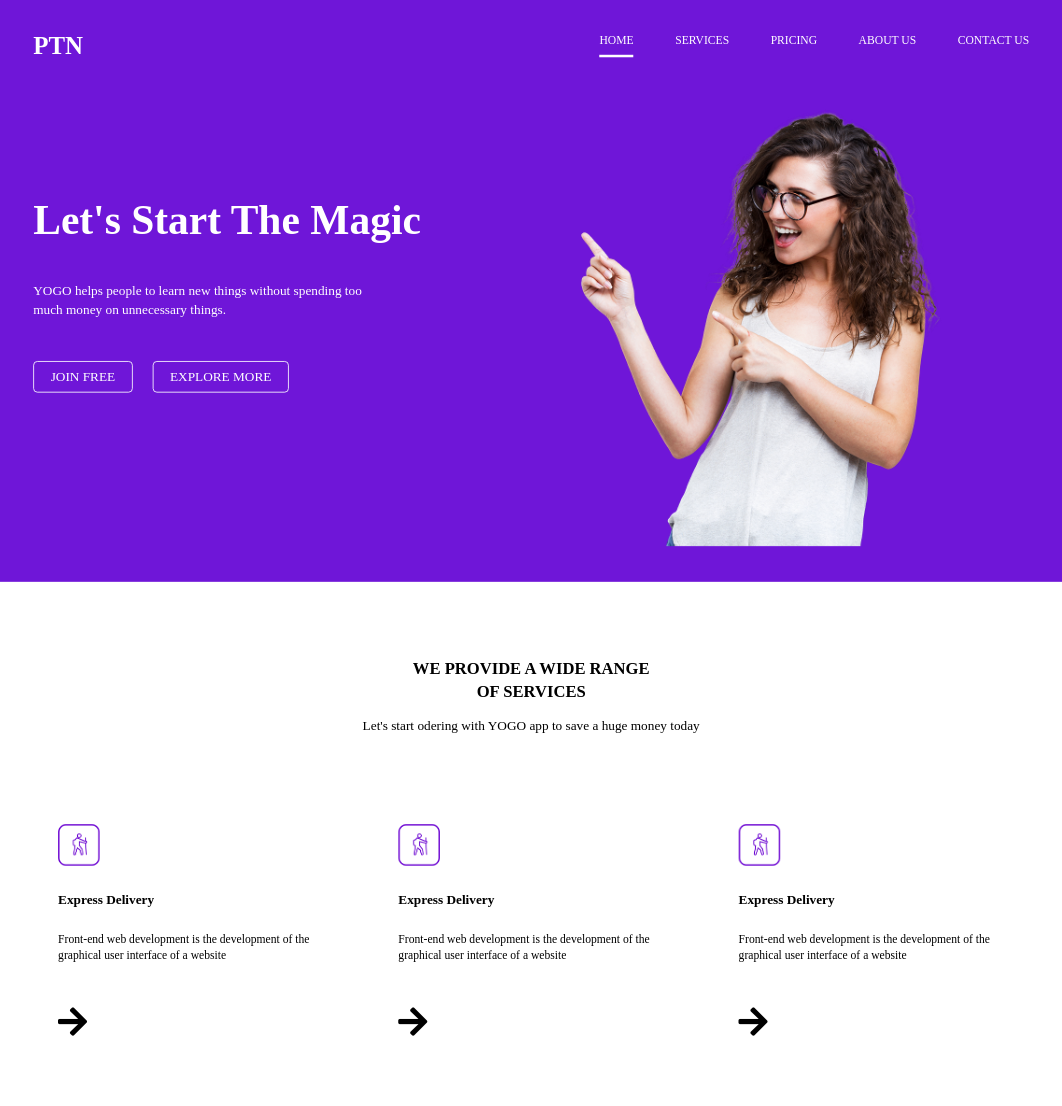
Repository: PhamTrungNguyen/LuyenTap
Page: index.html
The author's editor kept a copy of each file at every save. The page is drawn from the files as they stood at one save, then again after the next save.
The browser window is 1280 px wide. The pictures show the whole page, at 83% of full size.
Some web fonts or font styles are not loaded; a fallback is used. The style sheet was rebuilt from its Sass, Less or Tailwind sources for each picture, by a compiler version that may differ from the author's.

Above is the page before, as saved 2021-12-05 20:04:26.

### index.html
<!DOCTYPE html>
<html lang="en">

<head>
    <meta charset="UTF-8">
    <meta http-equiv="X-UA-Compatible" content="IE=edge">
    <meta name="viewport" content="width=device-width, initial-scale=1.0">
    <title>TN_YoGo</title>
    <link rel="stylesheet" href="./reset.css">
    <link rel="stylesheet" href="./style.css">
    <!-- link truyền icon -->
    <link rel="stylesheet" href="https://cdnjs.cloudflare.com/ajax/libs/font-awesome/5.15.3/css/all.min.css"
        integrity="sha512-iBBXm8fW90+nuLcSKlbmrPcLa0OT92xO1BIsZ+ywDWZCvqsWgccV3gFoRBv0z+8dLJgyAHIhR35VZc2oM/gI1w=="
        crossorigin="anonymous" referrerpolicy="no-referrer" />
    <!-- link font chữ -->
    <link
        href="https://fonts.googleapis.com/css2?family=Roboto:ital,wght@0,300;0,400;1,300;1,400&family=Zen+Loop&display=swap"
        rel="stylesheet">
</head>

<body>
    <!-- -------------------- Logo và menu -------------------- -->
    <header class="header">
        <div class="container">
            <div class="header-main">
                <a href="#" class="header-main_logo">PTN</a>
                <ul class="header-main_menu">
                    <li class="header-main_menu__item">
                        <a href="" class="header-main_menu__link active-home">Home</a>
                    </li>
                    <li class="header-main_menu__item">
                        <a href="" class="header-main_menu__link">Services</a>
                    </li>
                    <li class="header-main_menu__item">
                        <a href="" class="header-main_menu__link">Pricing</a>
                    </li>
                    <li class="header-main_menu__item">
                        <a href="" class="header-main_menu__link">About Us</a>
                    </li>
                    <li class="header-main_menu__item">
                        <a href="" class="header-main_menu__link">Contact Us</a>
                    </li>
                </ul>
            </div>
            <!-- -------------------- Phần header trung tâm -------------------- -->
            <div class="header-center">
                <div class="header-left">
                    <h2 class="header-left_title">Let's Start The Magic</h2>
                    <p class="header-left_desc">YOGO helps people to learn new things without spending too much money on
                        unnecessary things.</p>
                    <div class="header-left_click">
                        <a href="" class="header-left_link">join free</a>
                        <a href="" class="header-left_link">explore more</a>
                    </div>
                </div>
                <div class="header-right">
                    <img src="./images/home-pic.png" alt="" class="header-right_image">
                </div>
            </div>
        </div>
    </header>
    <!-- -------------------- Phần service ( dưới header ) -------------------- -->
    <section class="service">
        <div class="container">
            <div class="service-over">
                <h2 class="service-over_title">we provide a wide range of services</h2>
                <p class="service-over_desc">Let's start odering with YOGO app to save a huge money today</p>
            </div>
            <div class="service-below">
                <div class="service-below--list">
                    <div class="service-below--block">
                        <img src="./images/Icon-1.png" alt="" class="service-below_icon">
                        <h3 class="service-below_title">Express Delivery</h3>
                        <span class="service-below_desc">Front-end web development is the development of the graphical user interface of a website</span>
                        <div class="service-below_item">
                            <i class="fas fa-arrow-right"></i>
                        </div>
                    </div>
                </div>
                <div class="service-below--list">
                    <div class="service-below--block">
                        <img src="./images/Icon-1.png" alt="" class="service-below_icon">
                        <h3 class="service-below_title">Express Delivery</h3>
                        <span class="service-below_desc">Front-end web development is the development of the graphical user interface of a website</span>
                        <div class="service-below_item">
                            <i class="fas fa-arrow-right"></i>
                        </div>
                    </div>
                </div>
                <div class="service-below--list">
                    <div class="service-below--block">
                        <img src="./images/Icon-1.png" alt="" class="service-below_icon">
                        <h3 class="service-below_title">Express Delivery</h3>
                        <span class="service-below_desc">Front-end web development is the development of the graphical user interface of a website</span>
                        <div class="service-below_item">
                            <i class="fas fa-arrow-right"></i>
                        </div>
                    </div>
                </div>

            </div>
        </div>
    </section>

</body>

</html>

### reset.css
/* http://meyerweb.com/eric/tools/css/reset/
   v2.0 | 20110126
   License: none (public domain)
*/

html,
body,
div,
span,
applet,
object,
iframe,
h1,
h2,
h3,
h4,
h5,
h6,
p,
blockquote,
pre,
a,
abbr,
acronym,
address,
big,
cite,
code,
del,
dfn,
em,
img,
ins,
kbd,
q,
s,
samp,
small,
strike,
strong,
sub,
sup,
tt,
var,
b,
u,
i,
center,
dl,
dt,
dd,
ol,
ul,
li,
fieldset,
form,
label,
legend,
table,
caption,
tbody,
tfoot,
thead,
tr,
th,
td,
article,
aside,
canvas,
details,
embed,
figure,
figcaption,
footer,
header,
hgroup,
menu,
nav,
output,
ruby,
section,
summary,
time,
mark,
audio,
video {
  margin: 0;
  padding: 0;
  border: 0;
  font-size: 100%;
  font: inherit;
  vertical-align: baseline;
}
/* HTML5 display-role reset for older browsers */
article,
aside,
details,
figcaption,
figure,
footer,
header,
hgroup,
menu,
nav,
section {
  display: block;
}
body {
  line-height: 1;
}
ol,
ul {
  list-style: none;
}
blockquote,
q {
  quotes: none;
}
blockquote:before,
blockquote:after,
q:before,
q:after {
  content: "";
  content: none;
}
table {
  border-collapse: collapse;
  border-spacing: 0;
}

### style.scss
html {
  font-size: 62.5%;
}
* {
  box-sizing: border-box;
}
body {
  font-family: "Bona Nova", serif;
  font-size: 1.6rem;
  font-weight: normal;
  outline: none;
}
a {
  text-decoration: none;
}
img {
  max-width: 100%;
}
.container {
  padding: 4rem;
}
.active-home {
  border-bottom: 3px solid white !important;
  padding-bottom: 10px;
}
.header {
  //-------------------- Logo và menu --------------------
  background-color: #6f16d8;
  &-main {
    // max-width: 1100px;
    display: flex;
    flex-direction: row;
    justify-content: space-between;
    &_logo {
      display: inline-block;
      text-transform: uppercase;
      font-size: 3rem;
      font-weight: 700;
      color: white;
    }
    &_menu {
      cursor: pointer;
      display: flex;
      flex-direction: row;
      position: relative;
      &__item:not(:last-child) {
        margin-right: 5rem;
      }
      &__link {
        text-transform: uppercase;
        display: inline-block;
        color: white;
        font-size: 1.4rem;
        border-bottom: 2px solid transparent;
        padding-bottom: 10px;
        transition: all 0.25s linear;
      }
      &__link:hover {
        color: black;
        border-bottom: 3px solid white;
      }
    }
  }
}
@media screen and (max-width: 767px) {
  .container {
    padding: 3rem;
  }
  .header-main {
    display: block;
    &_logo {
      display: block;
      text-align: center;
      padding-bottom: 1rem;
    }
  }
  .header-main_menu__item:not(:last-child) {
    margin-right: 1.4rem;
  }
  .header-main_menu__link {
    font-size: 1.5rem;
    text-transform: capitalize;
  }
}
//-------------------- Phần header trung tâm --------------------
.header {
  &-center {
    padding-top: 15rem;
    display: flex;
    justify-content: space-between;
  }
  &-left {
    margin-top: 2rem;
    &_title {
      color: white;
      font-size: 5rem;
      font-weight: bold;
      padding-bottom: 5rem;
    }
    &_desc {
      color: white;
      max-width: 400px;
      line-height: 1.4;
      padding-bottom: 5rem;
    }
    &_link {
      display: inline-block;
      padding: 1rem 2rem;
      color: white;
      text-transform: uppercase;
      border-radius: 0.5rem;
      border: 1px solid white;
      transition: all 0.25s linear;
      margin-right: 2rem;
    }
    &_link:hover {
      background-color: #fff;
      color: black;
    }
  }
  &-right {
    margin-right: 10rem;
    margin-top: -10rem;
    &_image {
      width: 45rem;
    }
  }
}
@media screen and (max-width: 1023px) {
  .header-left {
    margin-top: 0rem;
  }
  .header-center {
    padding-top: 8rem;
  }
  .header-right {
    margin-right: 0rem;
    margin-top: -3rem;
  }
  .header-left_title {
    padding-bottom: 3rem;
  }
  .header-left_desc {
    max-width: 350px;
    padding-bottom: 4rem;
  }
}
@media  screen and (max-width:767px){
  .header-center {
    padding-top: 4rem;
}
  .header-left_title {
    font-size: 2rem;
    padding-bottom: 2rem;
}
.header-right_image {
  width: 50rem;
  height: 24rem;
}
.header-right {
  margin-right: -3rem;
  margin-top: 0rem;
}
.header-left_desc {
  line-height: 1.2;
  padding-bottom: 0rem;
  font-size: 1.2rem;
}
.header-left_link {
  margin-top: 2rem;
  padding: 0.5rem 1rem;
  font-size: 1.5rem;
  margin-right: 0rem;
  max-width: 10rem;
  text-align: center;
}
}
//-------------------- Phần service ( dưới header ) --------------------
.service
{
  padding-top: 5rem;
  &-over
  {
    padding-bottom: 5rem;
    text-align: center;
    &_title
    {
      margin: 0 auto;
      text-transform: uppercase;
      color: black;
      font-size: 2rem;
      font-weight: 600;
      max-width:300px;
      padding-bottom: 2rem;
      line-height: 1.4;
    }
  }
  &-below
  {

    display:flex;
    flex-wrap: wrap;
    &--block{
      padding:6rem 3rem 4rem 3rem;
      // background-color: #6f16d8;
      border-radius:1rem;
      transition: all 0.75s ease;
    }
    &--list{
      width: calc(33.33% - 2rem);

    }
    &--list:hover{
      .service-below--block{
        background-color: #6f16d8
      }
      .service-below_title , .service-below_desc,.service-below_item {
        transition: all 0.75s ease;
        color:white;
      }


    }
    &--list:not(:last-child)
    {
      margin-right: 3rem;

    }
    &_icon {
     width:5rem;
     height:5rem;
     margin-bottom: 3rem;
    }
    &_title{
      color: black;
      font-weight: 600;
      padding-bottom: 3rem;
      // transition: all 0.5s ease;
    }
    &_desc{
      color: black;
      line-height:1.4;
      word-break: break-word;
      font-size: 1.4rem;
      // transition: all 0.5s ease;
    }
    &_item{
      padding-top: 5rem;
      font-size: 4rem;
    }
  }
}

After the next save:
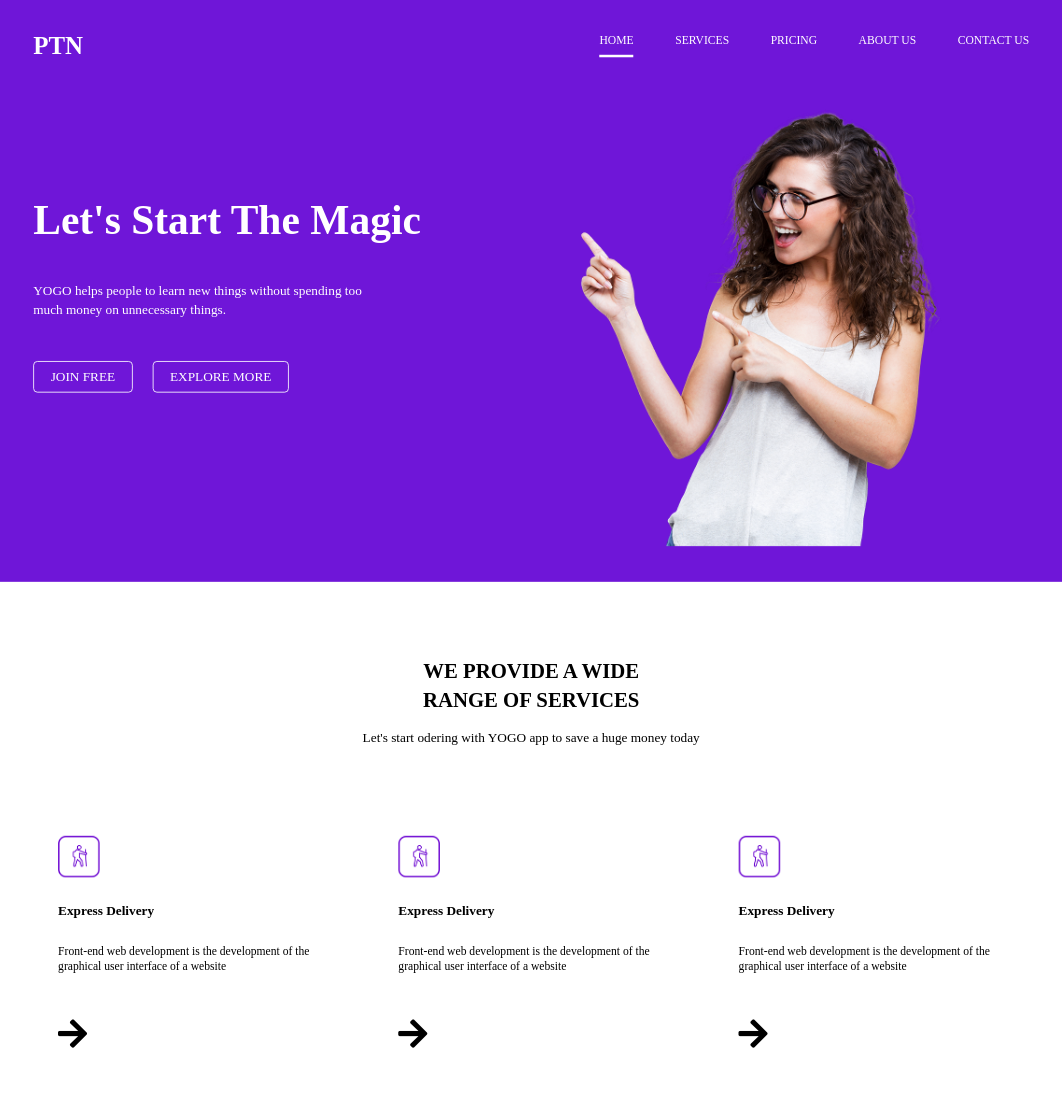
Saved 10 s later.
--- a/style.scss
+++ b/style.scss
@@ -188,7 +188,7 @@ img {
       margin: 0 auto;
       text-transform: uppercase;
       color: black;
-      font-size: 2rem;
+      font-size: 2.5rem;
       font-weight: 600;
       max-width:300px;
       padding-bottom: 2rem;
